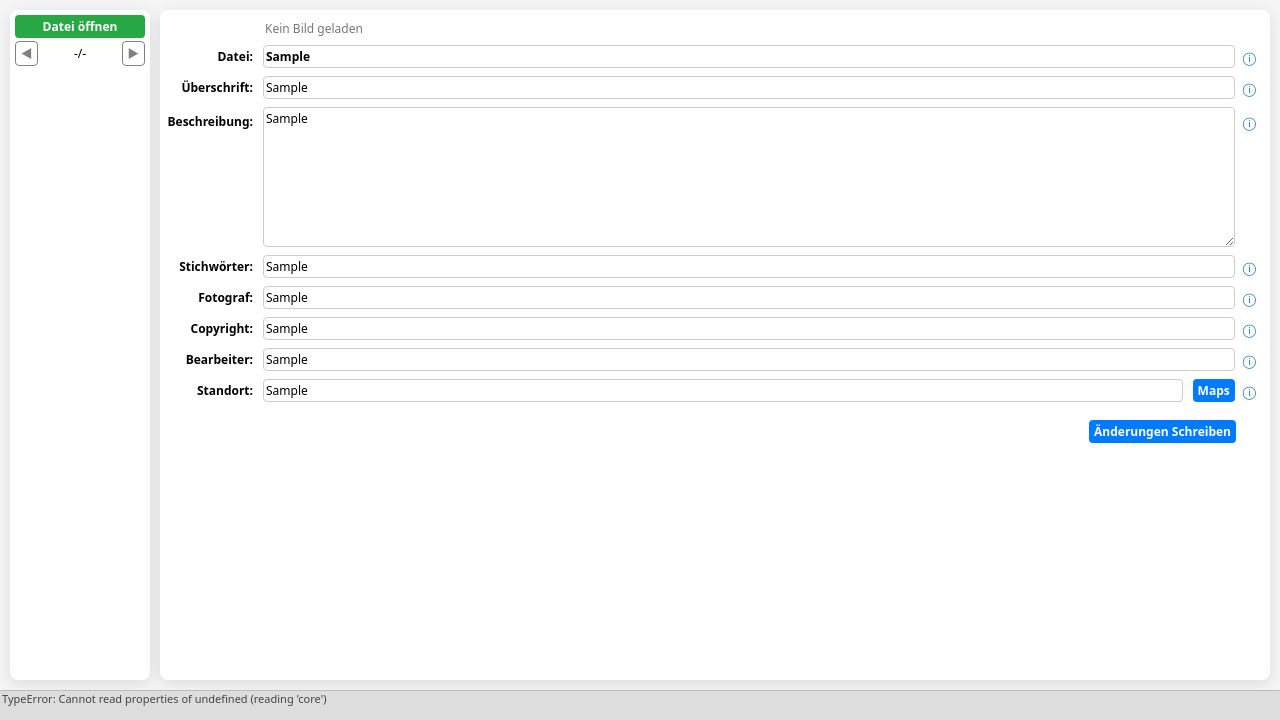
Repository: h-fahle/metadata
Page: ui/index.html
The author's editor kept a copy of each file at every save. The page is drawn from the files as they stood at one save, then again after the next save.
The browser window is 1280 px wide. The pictures show the whole page.
Empty fields were first filled with sample values (such as "Sample", 5 or name@example.com).
After loading, the first visible `.button-group > button` was clicked once.

Above is the page before, as saved 2026-08-20 11:13:30.

### ui/index.html
<!DOCTYPE html>
<html lang="de">

<head>
	<meta charset="UTF-8">
	<title>Tauri ExifTool Test</title>
	<script src="script.js" defer></script>
	<link rel="stylesheet" href="style.css">
</head>

<body>

	<main id="main-container">

		<!-- Das Vorschaubild links -->
		<aside id="sidebar">

			<button id="file-open" onclick="dateiAuswählen()">Datei öffnen</button>

			<div id="nav">
				<button class="blaettern" onclick="blaettern(-1)">◄</button>
				<span id="img-nummer">-/-</span>
				<button class="blaettern" onclick="blaettern(1)">►</button>
			</div>

			<!-- 		<select id="menue-oeffnen" onchange="menueAktion(this)" >
				<option value="dateien">🖼️ Bilder öffnen...</option>
				<option value="ordner">📁 Ordner öffnen...</option>
			</select>
 -->
			<img id="vorschau-bild" src="" style="display:none;" />
			<div id="bild-info" style="text-align:center;">
				<span id="img-datum"></span><br>
				<span id="img-groesse"></span>
			</div>
		</aside>

		<!-- Das Formular rechts -->
		<section id="form-container">

			<div id="ordner-pfad">Kein Bild geladen</div>

			<div class="form-row">
				<label for="filename">Datei:</label>
				<input type="text" id="filename" name="filename" style="font-weight:bold;"/>
				<div class="tooltip-container">
					<span class="info-icon">ⓘ</span>
					<div class="tooltip-box">Im Einzelmodus: Änderung des Dateinamens bewirkt Umbenennung der Datei.
						Im Stapelmodus: Ordnername is nicht änderbar.!
					</div>
				</div>
			</div>

			<div class="form-row">
				<label for="caption">Überschrift:</label>
				<input type="text" id="caption" name="caption" />
				<div class="tooltip-container">
					<span class="info-icon">ⓘ</span>
					<div class="tooltip-box">Auch: (Dokument-)Titel, Schlagzeile, Headline
					</div>
				</div>
			</div>

			<div class="form-row form-row-top">
				<label for="description">Beschreibung:</label>
				<textarea id="description" name="description"></textarea>
				<div class="tooltip-container">
					<span class="info-icon">ⓘ</span>
					<div class="tooltip-box">Beschreibender Text in beliebiger Länge.
						(Im Stapelmodus wird der eingegebene Text
						&nbsp;&nbsp; an vorhandenen angehängt.)
						Hinweis: Einige Programme zeigen nur 2.000 Zeichen
						&nbsp;&nbsp; oder auch weniger an.
					</div>
				</div>
			</div>

			<div class="form-row">
				<label for="keywords">Stichwörter:</label>
				<input type="text" id="keywords" name="keywords" />
				<div class="tooltip-container">
					<span class="info-icon">ⓘ</span>
					<div class="tooltip-box">Komma-separierte Liste. Groß-/Kleinschreibung beachten.
						Im Stapelmodus werden die eingegebenen Stichwörter
						&nbsp;&nbsp; an vorhandene angehängt.
					</div>
				</div>
			</div>

			<div class="form-row">
				<label for="creator">Fotograf:</label>
				<input type="text" id="creator" name="creator" />
				<div class="tooltip-container">
					<span class="info-icon">ⓘ</span>
					<div class="tooltip-box">Urheber, Ersteller, Autor
						(Tags: Artitst, Creator, By-line)
					</div>
				</div>
			</div>

			<div class="form-row">
				<label for="copyright">Copyright:</label>
				<input type="text" id="copyright" name="copyright" />
				<div class="tooltip-container">
					<span class="info-icon">ⓘ</span>
					<div class="tooltip-box">Urheberrechtshinweis; enthält in der Regel:
						Name des Fotografen, Aufnahmejahr und Nutzungsrechte;
						(z.B. 'Copyright [1975] [Mustermann], Alle Rechte vorbehalten')
					</div>
				</div>
			</div>

			<div class="form-row">
				<label for="editor">Bearbeiter:</label>
				<input type="text" id="editor" name="editor" />
				<div class="tooltip-container">
					<span class="info-icon">ⓘ</span>
					<div class="tooltip-box">Verfasser der Metadaten
						(Tags: Caption Writer, Writer Editor)
					</div>
				</div>
			</div>

			<div class="form-row">
				<label for="position">Standort:</label>
				<input type="text" id="position" name="position" />
				<button type="button" onclick="zeigeMaps(event)" style="background: #007BFF;">Maps</button>
				<div class="tooltip-container">
					<span class="info-icon">ⓘ</span>
					<div class="tooltip-box">GPS-Koordinaten in Dezimalgrad (51.49129, 8.43317).
						Ermitteln der Koordinaten in der Google Maps-Karte:
						&nbsp; 1. mit rechter Maustaste auf den Standort klicken,
						&nbsp; 2. auf die angezeigten Koordinaten klicken,
						&nbsp; 3. der so gespeicherte Wert kann dann mit Strg+V
						&nbsp;&nbsp;&nbsp;&nbsp;&nbsp;&nbsp; kopiert werden."
					</div>
				</div>
			</div>

			<!-- Button-Leiste -->
			<div class="button-group">
				<button type="button" onclick="exifSchreiben(event)" style="background: #007BFF;">Änderungen
					Schreiben</button>
			</div>

		</section> <!-- Ende der form-containers-->
	</main> <!-- Ende des main-containers -->

	<footer id="statusleiste">
		<div id="status-text">
			Bereit
		</div>
	</footer>


</body>

</html>

### ui/script.js
let aktuellerBildPfad = "";
let bilderListe = [];
let aktuellerIndex = -1;
let status = document.getElementById('statusleiste');


function zeigeStatus(nachricht) {
    status.innerText = nachricht;
}

async function dateiAuswählen() {
    try {
        const ergebnis = await window.__TAURI__.core.invoke('plugin:dialog|open', {
            options: {
                title: 'Bilddatei für ExifTool auswählen',
                directory: false,
                multiple: false,
                filters: [
                    { name: 'Bilder', extensions: ['jpg', 'jpeg', 'png', 'gif', 'tif', 'tiff', 'webp', 'avif', 'heic', 'heif'] }
                ]
            }
        });

        if (ergebnis) {
            const pfad = typeof ergebnis === 'object' ? ergebnis.path : ergebnis;
            aktuellerBildPfad = pfad;

            // Bilderliste des Ordners auslesen
            await ladeOrdnerBilder(pfad);

            // Metadaten für das aktuelle Bild einlesen
            exifAuslesen();
        }
    } catch (fehler) {
        zeigeStatus("Dialog-Fehler: " + fehler);
    }
}

async function ladeOrdnerBilder(pfad) {
    try {
        bilderListe = await window.__TAURI__.core.invoke('hole_ordner_bilder', { dateipfad: pfad });
        // Finde den Index des aktuell geöffneten Bildes
        aktuellerIndex = bilderListe.indexOf(pfad);
    } catch (fehler) {
        console.error("Fehler beim Laden des Ordnerinhalts:", fehler);
        ausgabe.innerHTML = "<span style='color: red;'>Fehler beim Laden des Ordnerinhalts: " + fehler + "</span>";
        bilderListe = [pfad];
        aktuellerIndex = 0;
    }
}

function blaettern(richtung) {
    if (bilderListe.length === 0) return;

    aktuellerIndex += richtung;

    // Begrenzungen einhalten
    if (aktuellerIndex < 0) {
        aktuellerIndex = 0;
        return;
    }
    if (aktuellerIndex >= bilderListe.length) {
        aktuellerIndex = bilderListe.length - 1;
        return;
    }

    aktuellerBildPfad = bilderListe[aktuellerIndex];
    exifAuslesen();
}

async function exifAuslesen() {
    const pfad = aktuellerBildPfad;
    const vorschauImg = document.getElementById("vorschau-bild");

    zeigeStatus("Rufe ExifTool auf...");

    try {
        // 1. Metadaten über Rust holen
        const jsonText = await window.__TAURI__.core.invoke('lese_bild_metdaten', { dateipfad: pfad });
        const datenObjekt = JSON.parse(jsonText)[0]; 	// Das 1. JSON-Objekt im JSON-Array in JS-Objekt umwandeln

        if (bilderListe.length > 0) {
            document.getElementById('img-nummer').innerText = `${aktuellerIndex + 1}/${bilderListe.length}`;
        } else {
            document.getElementById('img-nummer').innerText = '0/0';
        }

        let aufnahmeDatum = datenObjekt.DateTimeOriginal;
        if (typeof aufnahmeDatum === 'undefined') aufnahmeDatum = '---';

        document.getElementById('img-datum').innerText = '\u{1F4F7} ' + aufnahmeDatum || '';
        document.getElementById('img-groesse').innerText = '⤢ ' + datenObjekt.ImageSize || '';

        document.getElementById('filename').value = datenObjekt.FileName || '';
        document.getElementById('caption').value = datenObjekt.CMB_Caption || '';
        document.getElementById('description').value = datenObjekt.Description || '';
        document.getElementById('keywords').value = datenObjekt.Keywords || '';
        document.getElementById('creator').value = datenObjekt.Creator || '';
        document.getElementById('copyright').value = datenObjekt.Copyright || '';
        document.getElementById('editor').value = datenObjekt.CMB_Editor || '';
        document.getElementById('position').value = datenObjekt.GPSPosition || '';

        const vollerPfad = pfad;
        // Erkennt automatisch Linux-Schrägstriche (/) und Windows-Backslashes (\)
        const letzterSlash = Math.max(vollerPfad.lastIndexOf('/'), vollerPfad.lastIndexOf('\\'));
        let ordner = "Unbekannt";
        if (letzterSlash !== -1) {
            ordner = vollerPfad.substring(0, letzterSlash);
        }
        // Den berechneten Ordnerpfad in das neue Label schreiben
        document.getElementById('ordner-pfad').innerText = ordner;

        // Wir nehmen das erste Element der Liste (ExifTool liefert immer ein Array)
        zeigeStatus(jsonText);

        // Wir fragen Rust nach dem besten Weg für das Bild
        const vorschauErgebnis = await window.__TAURI__.core.invoke('hole_vorschaubild', { dateipfad: pfad });

        if (vorschauErgebnis === "STANDARD") {
            // Normales JPG/PNG über das Asset-Protokoll
            const assetUrl = window.__TAURI__.core.convertFileSrc(pfad);
            vorschauImg.src = assetUrl + "?t=" + new Date().getTime();
        } else if (vorschauErgebnis.startsWith("data:[embedded picture, 23 characters]")) {
            // TIF/TIFF über den im RAM kompilierten Rust-Wandler
            vorschauImg.src = vorschauErgebnis;
        }

        vorschauImg.style.display = "block";

    } catch (fehler) {
        zeigeStatus("Fehler: " + fehler);
        vorschauImg.style.display = "none";
    }
}

async function zeigeMaps(event) {
    event.preventDefault()
    let gps = document.getElementById('position').value;

    try {
        // Ruft direkt unsere eigene, sichere Rust-Funktion auf
        await window.__TAURI__.core.invoke('oeffne_maps_browser', {
            gpsString: gps
        });
    } catch (fehler) {
        console.error("Fehler:", fehler);
        ausgabe.innerHTML = "<span style='color: red;'>Fehler bei öffnen Maps: " + fehler + "</span>";
    }
}

async function exifSchreiben(ereignis) {
    if (ereignis) ereignis.preventDefault();  // verbietet dem Browser den automatischen Seiten-Reset!

    const pfad = aktuellerBildPfad;

    zeigeStatus("Speichere Daten über ExifTool...");

    // Wir sammeln alle aktuellen Werte aus den Eingabefeldern ein
    const daten = {
        dateipfad: pfad,
        filename: document.getElementById('filename').value,
        caption: document.getElementById('caption').value,
        description: document.getElementById('description').value,
        keywords: document.getElementById('keywords').value.split(',').map(s => s.trim()).join(', '),
        creator: document.getElementById('creator').value,
        copyright: document.getElementById('copyright').value,
        editor: document.getElementById('editor').value,
        gps: document.getElementById('position').value
    };

    try {
        // Wir schicken das gesamte Paket an die Rust-Funktion 'schreibe_bild_metdaten'
        const antwort = await window.__TAURI__.core.invoke('schreibe_bild_metdaten', daten);

        // Bei Erfolg zeigen wir die Meldung in grüner Schrift an
        zeigeStatus(antwort);

        // 2. Da der Pfad dank preventDefault() jetzt bombenfest im Feld stehen bleibt,
        // funktioniert das Neuladen nun augenblicklich und fehlerfrei!
        await exifAuslesen();

    } catch (fehler) {
        // Falls etwas schiefgeht (z.B. Datei schreibgeschützt), zeigen wir den Fehler an
        zeigeStatus(fehler);
    }
}

### ui/style.css
:root {
	--app-font: system-ui, -apple-system, "Segoe UI", Roboto, Helvetica, Arial, sans-serif;
	--app-font-size: 12px;
}

/* 1. Das App-Fenster exakt auf 100% fixieren (kein äußeres Scrollen) */
html, body {
	margin: 0;
	padding: 0;
	height: 100vh;
	width: 100vw;
	overflow: hidden; /* Verhindert jegliche äußere Scrollbalken */
	background: #f5f5f5;
	display: flex;
	flex-direction: column; /* Hauptinhalt oben, Statusleiste unten */
	font-family: var(--app-font);
	font-size: var(--app-font-size);
}

input,
textarea,
button,
select {
	font-family: var(--app-font) !important;
	font-size: var(--app-font-size) !important;
}

/* Allumfassender Box-Sizing-Fix für die gesamte App */
*, *::before, *::after {
	box-sizing: border-box;
}

/* 2. Der Hauptbereich füllt den gesamten oberen Platz aus --------------------------- */
#main-container {
	flex: 1;
	display: flex;
	flex-direction: row; /* Elemente nebeneinander */
	gap: 10px;
	padding: 10px;
	overflow: hidden; /* Verhindert, dass Riesen-Inhalte das Fenster sprengen */
}

/* 3. LINKS: Die Sidebar mit fester Breite */
#sidebar {
	width: 140px;
	min-width: 140px; /* Lässt die Sidebar niemals schrumpfen */
	background-color: #ffffff;
	border-radius: 8px;
	padding: 5px;
	box-shadow: 0 4px 15px rgba(0, 0, 0, 0.1);
}

div#nav {
	width: 130px;
	display: flex;
	justify-content: space-between;
	align-items: center;
	margin-bottom: 10px;
}

#vorschau-bild {
	width: 130px;
	height: auto;
	border: 1px outset gray;
}

/* 4. RECHTS: Das Formular nimmt den gesamten Rest ein und wächst mit */
#form-container {
	flex: 1; /* Nimmt 100% des restlichen Platzes ein */
	min-width: 0; /* Erlaubt Flexbox, die Box bei Bedarf zu verkleinern */
	background-color: #ffffff;
	border-radius: 8px;
	padding: 10px;
	display: flex;
	flex-direction: column;
	gap: 8px;
	box-shadow: 0 4px 15px rgba(0, 0, 0, 0.1);
}

#ordner-pfad {
	margin-left: 95px !important;
	color: #777777;
}

/* Jede Zeile wird zu einer horizontalen Flexbox */
.form-row {
	display: flex !important;
	flex-direction: row;
	align-items: center; /* Richtet Label und Input vertikal mittig zueinander aus */
	gap: 10px;           /* Abstand zwischen Label und Input */
	width: 100%;
}

/* Die Labels bekommen eine feste Breite, damit alle Inputs sauber untereinander starten */
.form-row label {
	width: 95px;         /* Breite je nach längstem Label-Text anpassen */
	min-width: 95px;     /* Verhindert, dass das Label zusammengedrückt wird */
	text-align: right;   /* Optional: Richtet den Text rechtsbündig zum Input aus */
	font-weight: bold;
	margin-left: -12px;
}

/* Die Eingabefelder füllen jetzt den gesamten restlichen Platz der Zeile aus */
.form-row input,
.form-row textarea {
	flex: 1;             /* Zwingt das Input-Feld, den Rest der Zeile einzunehmen */
	width: 100%;
	min-width: 0;        /* Erlaubt dem Input, bei sehr kleinen Fenstern stabil zu schrumpfen */
	border: 1px solid #ccc;
	border-radius: 4px;
	padding: 2px;
	-webkit-font-smoothing: antialiased;
}
.form-row textarea {
	min-height: 140px;
}

/* Ändert die Ausrichtung für die Textarea-Zeile nach oben */
.form-row-top {
	align-items: flex-start !important; /* Richtet Label, Textarea und Icon oben aus */
}
.form-row-top label,
.form-row-top .tooltip-container {
	padding-top: 6px; /* Verhindert, dass das Label zu weit oben klebt */
}


/* 5. UNTEN: Die Statusleiste mit fixer Höhe und eigenem Scrollbalken */
#statusleiste {
	height: 30px;  /* Feste Höhe für ca. 2 Zeilen Text */
	min-height: 30px;
	border-top: 1px solid #bbb;
	background-color: #ddd;
	font-size: 11px;
	color: #444;
	padding: 0 2px;
	overflow-y: auto;  /* Vertikaler Scrollbalken erscheint NUR bei Bedarf */
	overflow-x: hidden;  /* Verhindert horizontales Scrollen in der Statusleiste */
	-webkit-font-smoothing: antialiased;
}


/* Bedien-Elemente -------------------------------------------- */
button {
	padding: 3px 5px;
	font-weight: bold;
	cursor: pointer;
	background: #28a745;
	color: white;
	border: none;
	border-radius: 4px;
}

button#file-open {
	width: 130px;
	margin-bottom: 3px;
}

button.blaettern {
	border: 1px solid gray;
	color: gray;
	background-color: white;
}

/* Der Absendeknopf richtet sich nach den Eingabefeldern aus */
.button-group {
	display: flex;
	justify-content: flex-end;
	margin: 10px 24px 0 0;
}

.button-group button {
	margin-left: 5px;
}

select {
	-moz-appearance: none;
	-webkit-appearance: none;
	appearance: none;
	border: none;
	border-radius: 4px;
	background: #28a745;
	color: white;
	width: 120px;
}


/* Tooltip ---------------------------------------------------------- */

/* Container für das Icon und die Box */
.tooltip-container {
	position: relative; /* Wichtig, damit sich die Box am Icon ausrichtet */
	display: inline-flex;
	align-items: center;
	cursor: help;       /* Zeigt das Fragezeichen/Hilfe-Symbol als Mauszeiger */
	margin-left: -6px;
}

/* Das Info-Icon selbst */
.info-icon {
	color: #0066cc;     /* Schönes Info-Blau */
	padding: 0 4px;
	font-size: 13px;
}

/* Die selbstdefinierte Tooltip-Box (Standardmäßig versteckt) */
.tooltip-box {
	position: absolute;
	bottom: 125%;       /* Platziert die Box direkt ÜBER dem Icon */
	right: 0;           /* Richtet die Box am rechten Rand des Icons aus */

	width: max-content;
	max-width: 400px;      /* Verhindert, dass der Tooltip bei sehr viel Text das Fenster sprengt */
	white-space: pre-line;

	background-color: lightyellow;
	color: black;
	border: 1px solid gray;
	padding: 2px 4px;
	border-radius: 6px;
	font-size: 11px;
	line-height: 1.4;
	box-shadow: 0 4px 10px rgba(0, 0, 0, 0.2);
	z-index: 1001;      /* Über der Statusleiste (1000), falls sie sich überschneiden */

	/* Animation & Verstecken */
	opacity: 0;
	visibility: hidden;
	transition: opacity 0.2s ease-in-out, visibility 0.2s;
	pointer-events: none; /* Verhindert, dass die Box beim unabsichtlichen Drüberfahren flackert */
}

/* Der kleine Pfeil unten an der Tooltip-Box (Optional) */
.tooltip-box::after {
	content: "";
	position: absolute;
	top: 100%;          /* Am unteren Rand der Box */
	right: 8px;         /* Ausrichtung passend zum Icon */
	border-width: 5px;
	border-style: solid;
	border-color: #333333 transparent transparent transparent;
}

/* HOVER-EFFEKT: Wenn man über das Icon ODER den Container fährt, wird die Box sichtbar */
.tooltip-container:hover .tooltip-box {
	opacity: 1;
	visibility: visible;
}

After the next save:
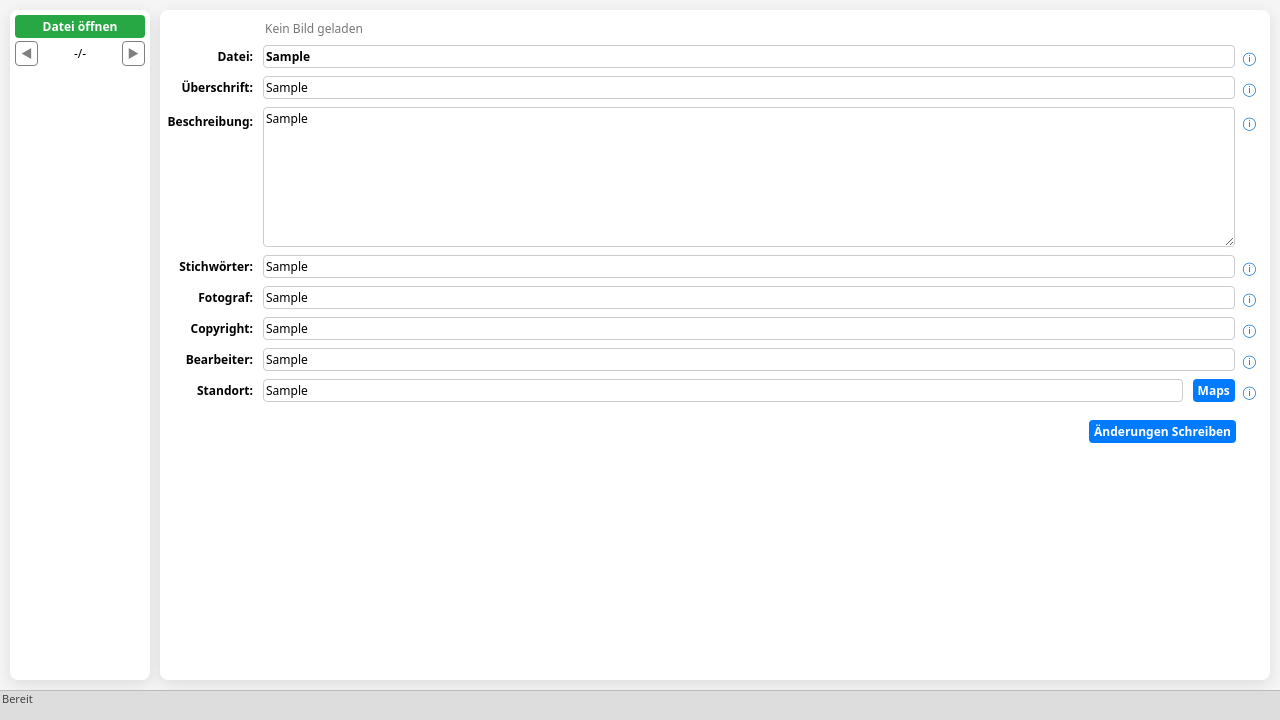
Saved 5 min 35 s later.
--- a/ui/script.js
+++ b/ui/script.js
@@ -151,13 +151,13 @@ async function zeigeMaps(event) {
 async function exifSchreiben(ereignis) {
     if (ereignis) ereignis.preventDefault();  // verbietet dem Browser den automatischen Seiten-Reset!
 
-    const pfad = aktuellerBildPfad;
+    if (aktuellerBildPfad === "") return;
 
     zeigeStatus("Speichere Daten über ExifTool...");
 
     // Wir sammeln alle aktuellen Werte aus den Eingabefeldern ein
     const daten = {
-        dateipfad: pfad,
+        dateipfad: aktuellerBildPfad,
         filename: document.getElementById('filename').value,
         caption: document.getElementById('caption').value,
         description: document.getElementById('description').value,
